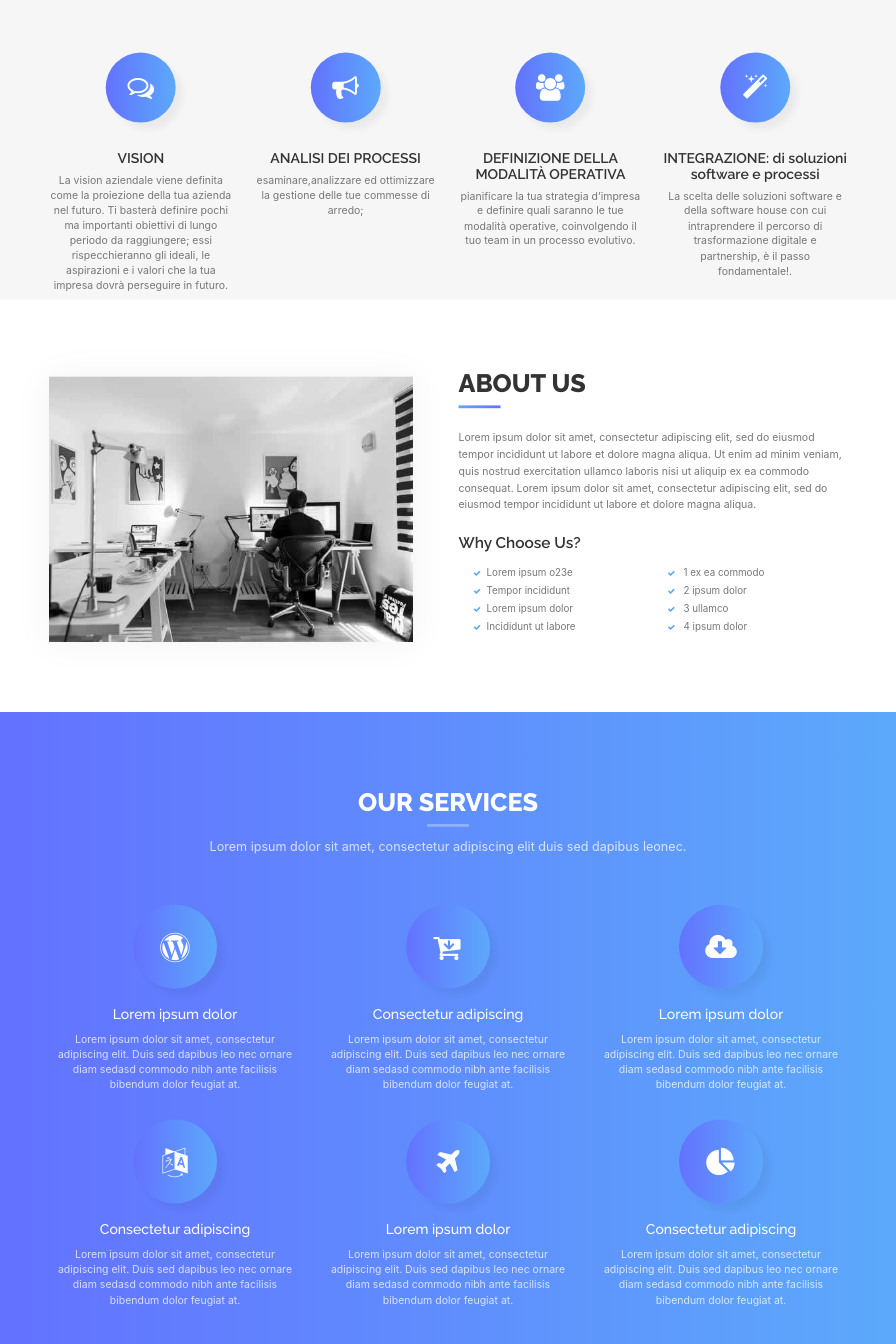
Repository: andrealepori/digitize-reactapp
Page: /
These files come from the project's save history. The page is drawn as it stood at one moment and after the next save; the edit follows.
The browser window is 1280 px wide. The pictures show the part of the page from y = 1103 to 3023 px (the page is 5696 px tall before and 5675 px after), at 70% of full size.
The project was rebuilt for these pictures with package versions that can differ from the ones it lists, and the page was loaded fresh each time.

Above is the page before, as saved 2021-09-21 14:55:16.

After the next save:
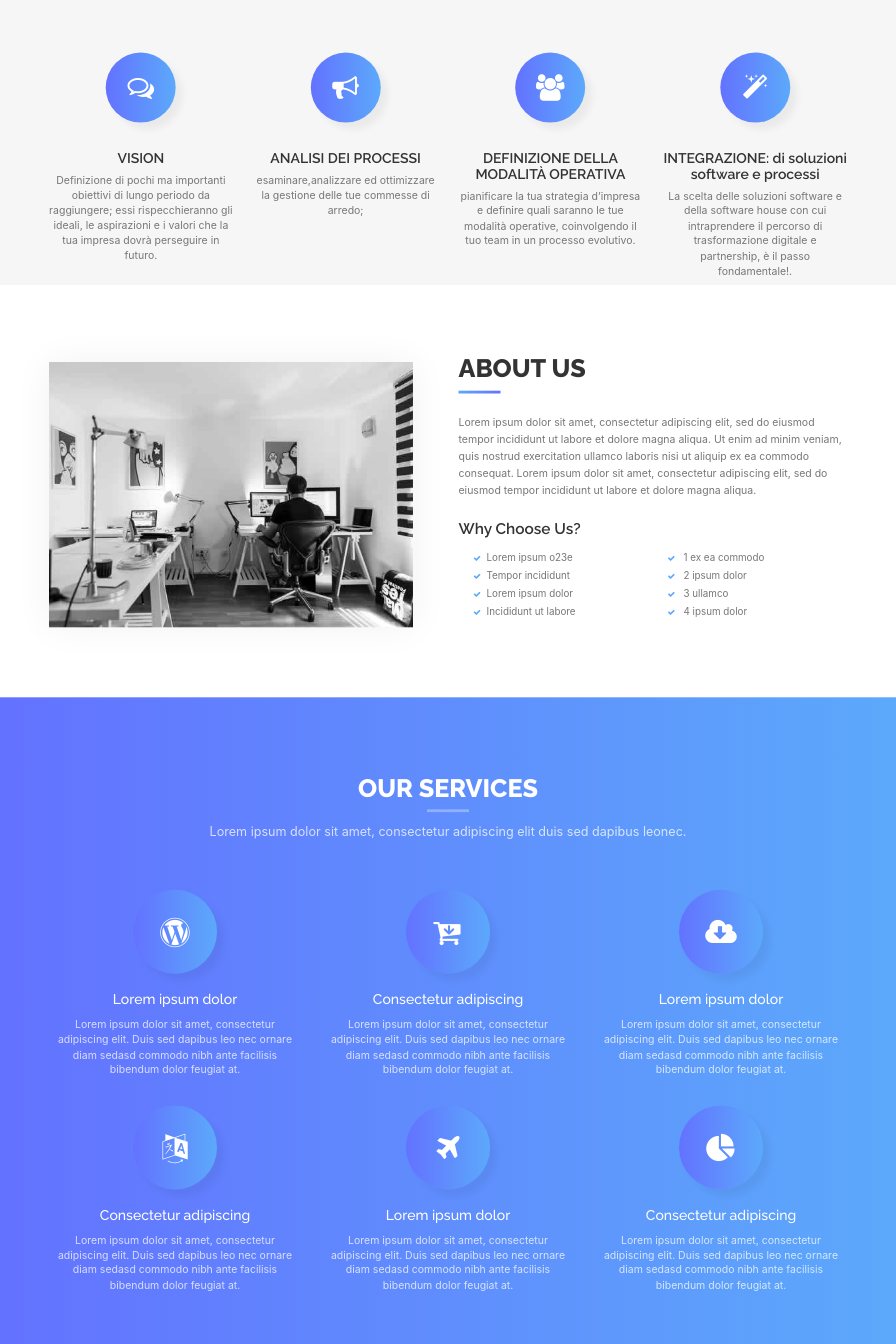
Saved 25 s later.
--- a/src/data/data.json
+++ b/src/data/data.json
@@ -163,7 +163,7 @@
     {
       "icon": "fa fa-comments-o",
       "title": "VISION",
-      "text": "La vision aziendale viene definita come la proiezione della tua azienda nel futuro. Ti basterà definire pochi ma importanti obiettivi di lungo periodo da raggiungere; essi rispecchieranno gli ideali, le aspirazioni e i valori che la tua impresa dovrà perseguire in futuro. "
+      "text": "Definizione di pochi ma importanti obiettivi di lungo periodo da raggiungere; essi rispecchieranno gli ideali, le aspirazioni e i valori che la tua impresa dovrà perseguire in futuro. "
     },
     {
       "icon": "fa fa-bullhorn",
